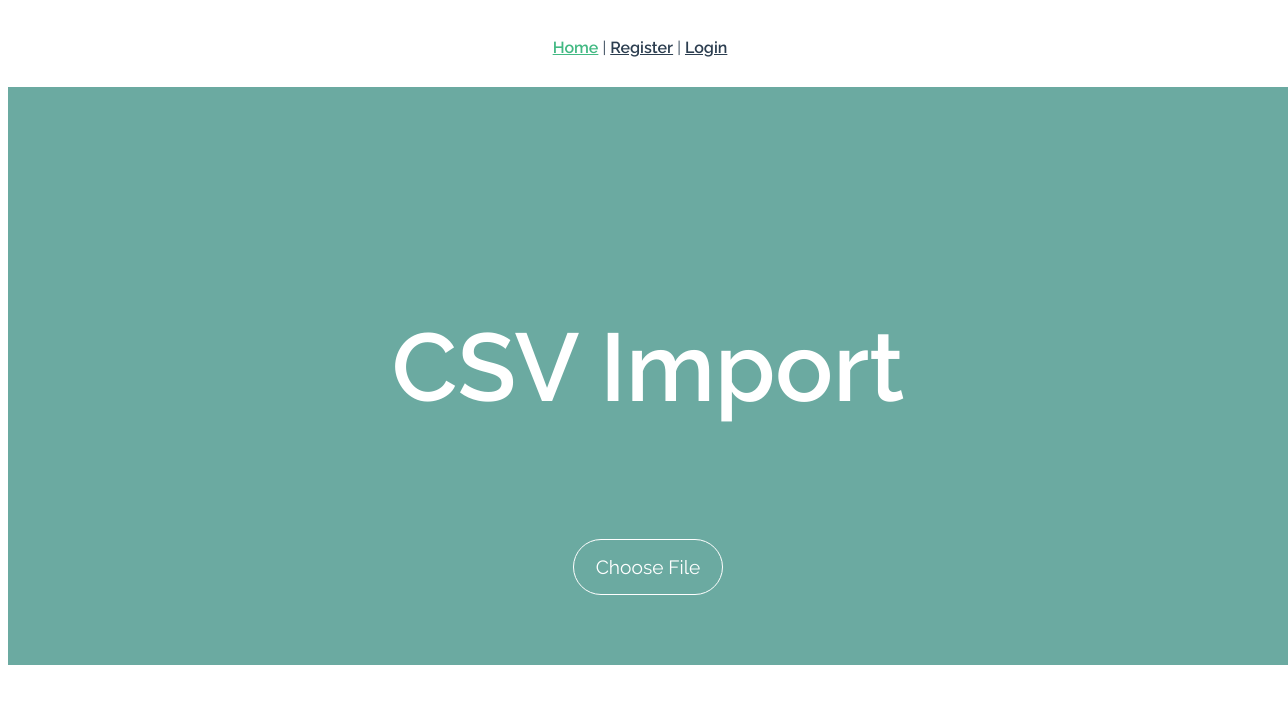
Repository: Flypr/licentaCSV
Page: /
The author's editor kept a copy of each file at every save. The page is drawn from the files as they stood at one save, then again after the next save.
The browser window is 1280 px wide. The page is 1288 px wide, then 1280 px, so the pictures cover 1288 px, including what lies to the right of the window. The pictures show the whole page.
The project was rebuilt for these pictures with package versions that can differ from the ones it lists, and the page was loaded fresh each time.

Above is the page before, as saved 2021-03-16 18:09:35.

### public/index.html
<!DOCTYPE html>
<html lang="">
  <head>
    <meta charset="utf-8">
    <meta http-equiv="X-UA-Compatible" content="IE=edge">
    <meta name="viewport" content="width=device-width,initial-scale=1.0">
    <link rel="icon" href="<%= BASE_URL %>favicon.ico">
    <title><%= htmlWebpackPlugin.options.title %></title>

    <link rel="preconnect" href="https://fonts.gstatic.com">
    <link
        href="https://fonts.googleapis.com/css2?family=Raleway:ital,wght@0,200;0,300;0,400;0,600;1,100;1,200;1,300;1,400&display=swap"
        rel="stylesheet">

  </head>
  <body>
    <noscript>
      <strong>We're sorry but <%= htmlWebpackPlugin.options.title %> doesn't work properly without JavaScript enabled. Please enable it to continue.</strong>
    </noscript>
    <div id="app"></div>
    <!-- built files will be auto injected -->
  </body>
</html>

### src/App.vue
<template>
  <div id="app">
    <Nav></Nav>
    <router-view />
  </div>
</template>

<script>
import Nav from '@/components/Nav'
export default {
  name: 'App',
  components: {
    Nav
  }
}
</script>

<style>
#app {
  font-family: Raleway, Helvetica, Arial, sans-serif;
  -webkit-font-smoothing: antialiased;
  -moz-osx-font-smoothing: grayscale;
  text-align: center;
  color: #2c3e50;
  margin: 0;
  padding: 0;
}
</style>

### src/router/index.js
import Vue from "vue";
import VueRouter from "vue-router";

Vue.use(VueRouter);

const routes = [
  {
    path: "/",
    name: "Home",
    component: () =>
      import(/* webpackChunkName: "Home" */ "../views/Home.vue")
  },
  {
    path: "/register",
    name: "Register",
    component: () =>
      import(/* webpackChunkName: "register" */ "../views/Register.vue")
  },
  {
    path: "/login",
    name: "Login",
    component: () =>
      import(/* webpackChunkName: "login" */ "../views/Login.vue")
  }
];

const router = new VueRouter({
  mode: 'history',
  routes
});

export default router;

### src/components/Nav.vue
<template>
    <div id="nav">
      <router-link to="/">Home</router-link> |
      <router-link to="/register">Register</router-link> |
      <router-link to="/login">Login</router-link>
    </div>
</template>

<script>
export default {
    name: 'Nav'
}
</script>

<style scoped>
#nav {
  padding: 30px;
}

#nav a {
  font-weight: bold;
  color: #2c3e50;
}

#nav a.router-link-exact-active {
  color: #42b983;
}
</style>

### src/views/Home.vue
<template>
    <div class="container">
        <div class="row">
            <div class="title-text">
                <p>CSV Import</p>
            </div>
        </div>
        <div class="row file-btn">
            <label class="custom-file-upload">
                <input type="file" id="csv" name="csv_file" class="button-control" @change="loadCSV($event)">
                Choose File
            </label>
        </div>
        <table v-if="parse_csv">
            <thead>
                <tr>
                    <th v-for="key in parse_header"
                        @click="sortBy(key)"
                        :class="{ active: sortKey == key }"
                        :key="key"
                    >
                        {{ key | capitalize }}
                        <span class="arrow" :class="sortOrders[key] > 0 ? 'asc' : 'dsc'"></span>
                    </th>
                </tr>
            </thead>
            <tr v-for="csv in parse_csv" :key="csv">
                <td v-for="key in parse_header" :key="key">
                    {{ csv[key] }}
                </td>
            </tr>
        </table>
    </div>
</template>

<script>
export default {
    name: 'Home',
    data() {
        return {
            channel_name: '',
            channel_fields: [],
            channel_entries: [],
            parse_header: [],
            parse_csv: [],
            sortOrders:{},
            sortKey: '',
            result: []
        }
    },
    filters: {
      capitalize: function (str) {
        return str.charAt(0).toUpperCase() + str.slice(1)
      }
    },
    methods: {
      sortBy(key) {
        var vm = this
        vm.sortKey = key
        vm.sortOrders[key] = vm.sortOrders[key] * -1
      },
      csvJSON(csv){
        var vm = this
        var lines = csv.split("\n")
        var result = []
        var headers = lines[0].split(",")
        vm.parse_header = lines[0].split(",")
        lines[0].split(",").forEach(function (key) {
          vm.sortOrders[key] = 1
        })

        lines.map(function(line, indexLine){
          if (indexLine < 1) return // Jump header line

          var obj = {}
          var currentline = line.split(",")

          headers.map(function(header, indexHeader){
            obj[header] = currentline[indexHeader]
          })

          result.push(obj)
        })

        result.pop() // remove the last item because undefined values

        return result // JavaScript object
      },
      loadCSV(e) {
        var vm = this
        if (window.FileReader) {
          var reader = new FileReader();
          reader.readAsText(e.target.files[0]);
          // Handle errors load
          reader.onload = function(event) {
            var csv = event.target.result;
            vm.parse_csv = vm.csvJSON(csv)

          };
          reader.onerror = function(evt) {
            if(evt.target.error.name == "NotReadableError") {
              alert("Canno't read file !");
            }
          };
        } else {
          alert('FileReader are not supported in this browser.');
        }
      },

    }
}
</script>

<style scoped>
html, body {
  margin: 0;
  padding: 0;
  font-size: 20px;
  font-family: Raleway, Arial, Helvetica, sans-serif;
}

.container {
  width: 100vw;
  /* height: 100vw; */
  background-color: #6baaa1;
}

.title-text {
  padding-top: 10%;
  font-size: 600%;
  font-weight: 600;
  text-align: center;
  color: #fff;
}

.file-btn {
  padding: 20px;
  text-align: center;
}

input[type=file] {
  display: none;
}

.custom-file-upload,
.custom-file-upload:visited {
  border: 1px solid #fff;
  border-radius: 50px;
  display: inline-block;
  padding: 16px 22px;
  cursor: pointer;
  font-size: 120%;
  font-weight: 400;
  color: #fff;
  transition: background-color 0.2s, color 0.2s;
}

.custom-file-upload:hover {
  background-color: #fff;
  color: #6baaa1;
}

h1,
h2,
h3,
h4,
h5,
h6 {
  margin: 0;
}

table {
  border-collapse: collapse;
  margin: 50px auto;
}

thead {
  background-color: #fff;
  color: #6baaa1;
}

tbody {
  color: #fff;
}

td, th {
  border: 1px solid #fff;
  text-align: left;
  padding: 16px 26px;
}
</style>

Loaded but not shown: src/main.js (common file); src/store/index.js (common file)

After the next save:
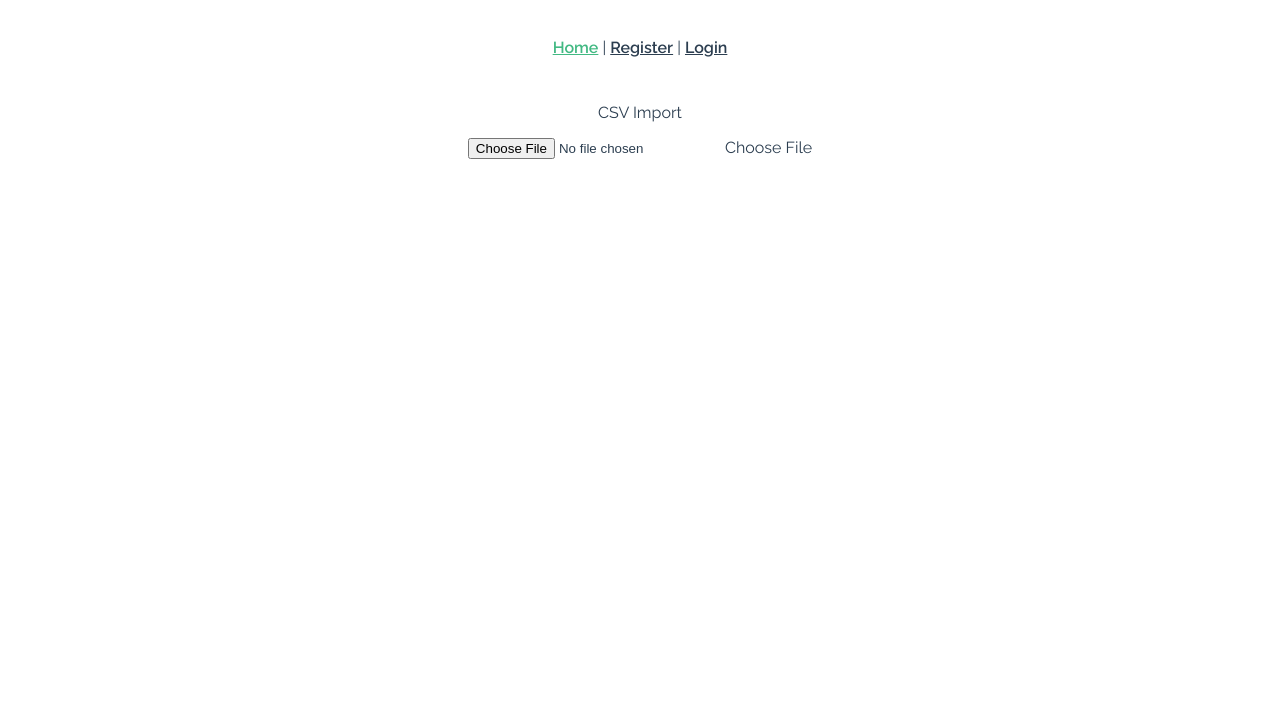
Saved 13 s later.
--- a/src/views/Home.vue
+++ b/src/views/Home.vue
@@ -112,80 +112,5 @@ export default {
 </script>
 
 <style scoped>
-html, body {
-  margin: 0;
-  padding: 0;
-  font-size: 20px;
-  font-family: Raleway, Arial, Helvetica, sans-serif;
-}
 
-.container {
-  width: 100vw;
-  /* height: 100vw; */
-  background-color: #6baaa1;
-}
-
-.title-text {
-  padding-top: 10%;
-  font-size: 600%;
-  font-weight: 600;
-  text-align: center;
-  color: #fff;
-}
-
-.file-btn {
-  padding: 20px;
-  text-align: center;
-}
-
-input[type=file] {
-  display: none;
-}
-
-.custom-file-upload,
-.custom-file-upload:visited {
-  border: 1px solid #fff;
-  border-radius: 50px;
-  display: inline-block;
-  padding: 16px 22px;
-  cursor: pointer;
-  font-size: 120%;
-  font-weight: 400;
-  color: #fff;
-  transition: background-color 0.2s, color 0.2s;
-}
-
-.custom-file-upload:hover {
-  background-color: #fff;
-  color: #6baaa1;
-}
-
-h1,
-h2,
-h3,
-h4,
-h5,
-h6 {
-  margin: 0;
-}
-
-table {
-  border-collapse: collapse;
-  margin: 50px auto;
-}
-
-thead {
-  background-color: #fff;
-  color: #6baaa1;
-}
-
-tbody {
-  color: #fff;
-}
-
-td, th {
-  border: 1px solid #fff;
-  text-align: left;
-  padding: 16px 26px;
-}
 </style>
